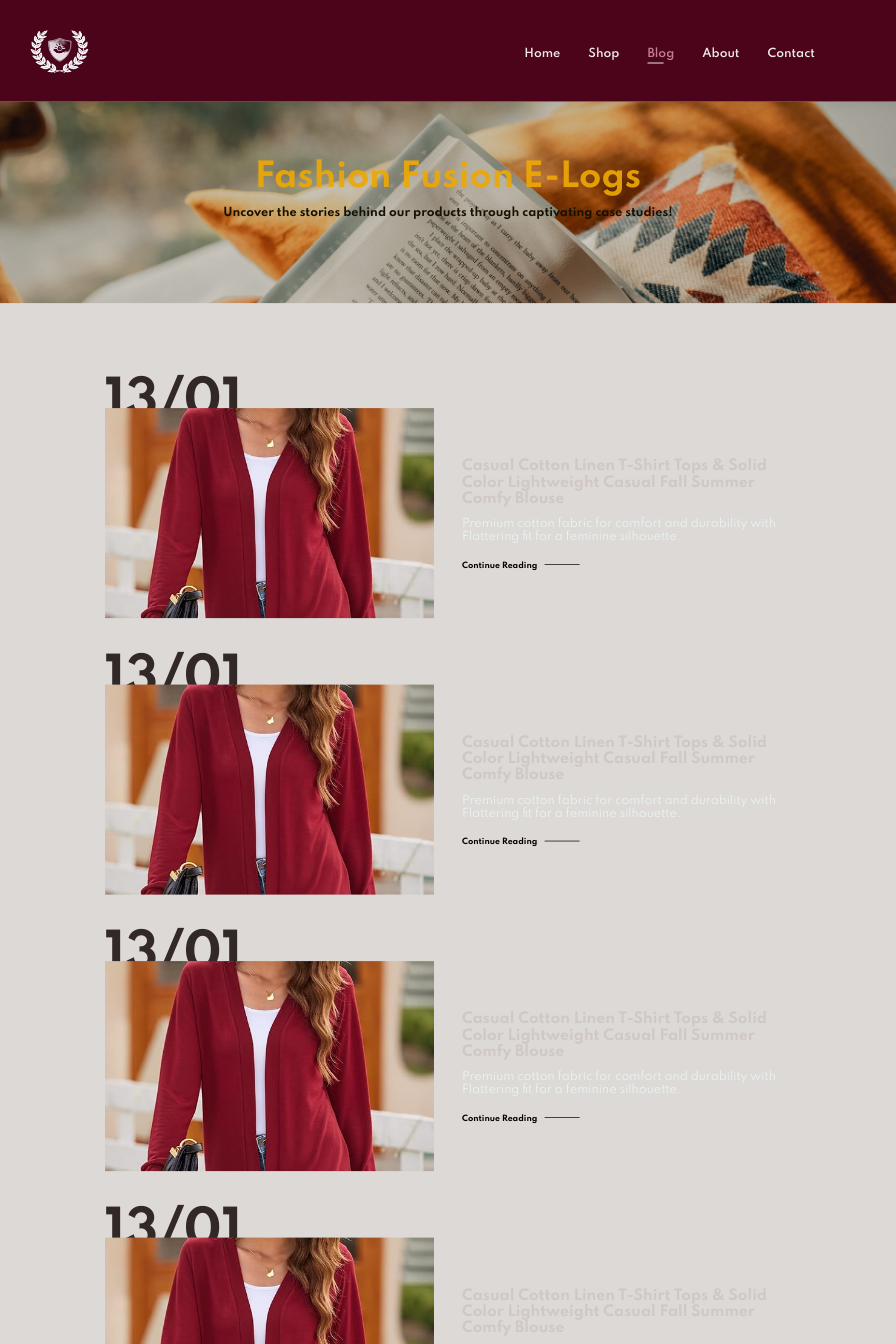
Repository: JhananiNallasamy/ECommerce-website-deployment
Page: blog.html
An editor plug-in stored every save of this project. The page is shown before and after a run of saves, followed by the edit.
The browser window is 1280 px wide. The pictures show the part of the page from y = 0 to 1920 px (the page is 3598 px tall), at 70% of full size.
Some web libraries are served in a nearby version.

Above is the page before, as saved 2024-05-05 10:23:44.

### blog.html
<!DOCTYPE html>
<html lang="en">
<head>
    <meta charset="UTF-8">
    <meta name="viewport" content="width=device-width, initial-scale=1.0">
    <title>E-COMMERCE WEBSITE</title>
    <link rel="stylesheet" href="https://pro.fontawesome.com/releases/v5.10.0/css/all.css"/>
    <link rel="stylesheet" href="style.css">
</head>

<body style="background-color: rgba(157, 149, 144, 0.353);">
    <section id="header">
        <a href="#"> <img src="img/logo.png" height="80px", width="90px" class="logo" alt="logo"> </a>

        <div>
            <ul id="navbar">
                <li><a href="index.html">Home</a></li>
                <li><a>Shop</a></li>
                <li><a class="active" href="blog.html">Blog</a></li>
                <li><a href="about.html">About</a></li>
                <li><a href="contact.html">Contact</a></li>
                <li id="lg-bag"><a href="cart.html"><i class="far fa-shopping-bag"></i></a></li>
                <a href="#" id="close"><i class="far fa-times"></i></a>
            </ul>
        </div>
        <div id="mobile">
            <a href="cart.html"><i class="far fa-shopping-bag"></i></a>
            <i id="bar" class="fas fa-outdent"></i>
        </div>
    </section>

    <!--nav bar code at top is over -->

    <section id="page-header" class="blog-header">

        <h2 style="color: #eca704ec">Fashion Fusion E-Logs</h2>
        <p style="color: #181100; font-weight: bold;">Uncover the stories behind our products through captivating case studies!</p><br>
    </section>

    <section id="blog">
        <div class="blog-box">
            <div class="blog-img">
                <img src="img/blog/f9a.png" alt="f9a in blog">
            </div>
            <div class="blog-details">
            <h4> Casual Cotton Linen T-Shirt Tops & Solid Color Lightweight Casual Fall Summer Comfy Blouse </h4>
            <p>Premium cotton fabric for comfort and durability with Flattering fit for a feminine silhouette.</p>
            <a href="#"> Continue Reading </a>
            </div>
            <h1>13/01</h1>
        </div>
        <div class="blog-box">
            <div class="blog-img">
                <img src="img/blog/f9a.png" alt="f9a in blog">
            </div>
            <div class="blog-details">
            <h4> Casual Cotton Linen T-Shirt Tops & Solid Color Lightweight Casual Fall Summer Comfy Blouse </h4>
            <p>Premium cotton fabric for comfort and durability with Flattering fit for a feminine silhouette.</p>
            <a href="#"> Continue Reading </a>
            </div>
            <h1>13/01</h1>
        </div>
        <div class="blog-box">
            <div class="blog-img">
                <img src="img/blog/f9a.png" alt="f9a in blog">
            </div>
            <div class="blog-details">
            <h4> Casual Cotton Linen T-Shirt Tops & Solid Color Lightweight Casual Fall Summer Comfy Blouse </h4>
            <p>Premium cotton fabric for comfort and durability with Flattering fit for a feminine silhouette.</p>
            <a href="#"> Continue Reading </a>
            </div>
            <h1>13/01</h1>
        </div>
        <div class="blog-box">
            <div class="blog-img">
                <img src="img/blog/f9a.png" alt="f9a in blog">
            </div>
            <div class="blog-details">
            <h4> Casual Cotton Linen T-Shirt Tops & Solid Color Lightweight Casual Fall Summer Comfy Blouse </h4>
            <p>Premium cotton fabric for comfort and durability with Flattering fit for a feminine silhouette.</p>
            <a href="#"> Continue Reading </a>
            </div>
            <h1>13/01</h1>
        </div>
        <div class="blog-box">
            <div class="blog-img">
                <img src="img/blog/f9a.png" alt="f9a in blog">
            </div>
            <div class="blog-details">
            <h4> Casual Cotton Linen T-Shirt Tops & Solid Color Lightweight Casual Fall Summer Comfy Blouse </h4>
            <p>Premium cotton fabric for comfort and durability with Flattering fit for a feminine silhouette.</p>
            <a href="#"> Continue Reading </a>
            </div>
            <h1>13/01</h1>
        </div>



    </section>
        <section id="pagination" class="section-p1">
        <a href="#">1</a>
        <a href="#">2</a>
        <a href="#"><i class="fal fa-long-arrow-alt-right"></i></a>
        </section>


    <section id="newsletter" class="section-p1 section-m1">
        <div class="newstext">
            <h4>Sign Up for Newsletters</h4>
            <p>Get E-mail updates about our latest shop and <span>special offers</span>.</p>
        </div>
        <div class="form">
            <input type="text" placeholder="Your E-mail Address">
            <button class="normal">Sign Up</button>
        </div>
    </section>

    <footer class="section-p1">
        <div class="col">
            <img class="logo" src="img/logo.png" alt="logo image">
            <h4 style="color: maroon;">Contact</h4>
            <p style="color: maroon;"><strong>Address:</strong>103 Washington Road,Street32,SanFransico</p>
            <p style="color: maroon;"><strong>Phone:</strong>(+91) 78936 41730</p>
            <p style="color: maroon;"><strong>Hours:</strong>24 hrs,Mon-Sun</p>
            <div class="follow">
                <h4 style="color: rgb(32, 2, 2);">Follow Us</h4>
                <div class="icon">
                    <i class="fab fa-facebook-f"></i>
                    <i class="fab fa-twitter"></i>
                    <i class="fab fa-instagram"></i>
                    <i class="fab fa-pinterest-p"></i>
                    <i class="fab fa-youtube"></i>
                </div>
            </div>
        </div>
        <div class="col">
            <h4 style="color: maroon;">About</h4>
            <a href="#">About Us</a>
            <a href="#">Delivery Information</a>
            <a href="#">Privacy Policy</a>
            <a href="#">Terms & Conditions</a>
            <a href="#">Contact Us</a>
        </div>
        <div class="col">
            <h4 style="color: maroon;">My Account</h4>
            <a href="#">Sign In</a>
            <a href="#">View Cart</a>
            <a href="#">My Wishlist</a>
            <a href="#">Track My Order</a>
            <a href="#">Help</a>
        </div>
        <div class="col install">
            <h4 style="color: maroon;">Install App</h4>
            <p style="color: rgb(29, 2, 2);">From App Store or Google Play</p>
            <div class="row">
                <img src="img/pay/app.jpg" alt="app img in pay folder">
                <img src="img/pay/play.jpg" alt="play img in pay folder">
            </div>
            <p style="color: rgb(30, 2, 2);">Secured Payment Gateways</p>
            <img src="img/pay/pay.png"  alt="pay img inside pay folder">
        </div>
            <div class="copyright">
                <p style="color: rgb(14, 1, 1);">© 2025, Jhanani - HTML CSS Ecommerce Template</p>
            </div>
        </footer>


    <script src="script.js"></script>

</body>
</html>

Loaded but not shown: script.js (17 lines, source omitted); style.css (858 lines, source omitted)

After the next 2 saves:
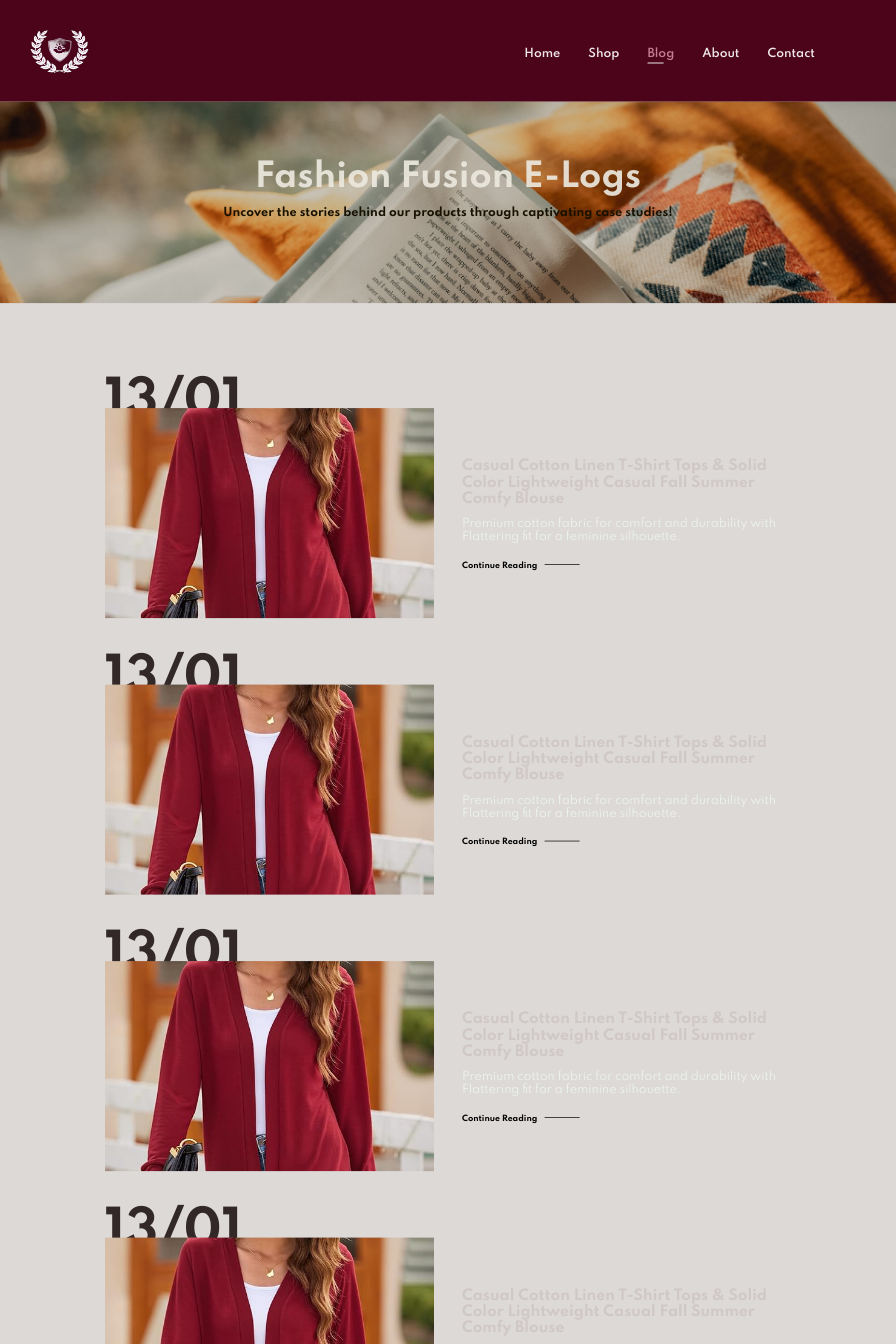
The 2 saves are shown as one change because they came seconds apart.
The last was saved 4 min 56 s later.
--- a/blog.html
+++ b/blog.html
@@ -33,7 +33,7 @@
 
     <section id="page-header" class="blog-header">
 
-        <h2 style="color: #eca704ec">Fashion Fusion E-Logs</h2>
+        <h2 style="color: #ebe7ddec">Fashion Fusion E-Logs</h2>
         <p style="color: #181100; font-weight: bold;">Uncover the stories behind our products through captivating case studies!</p><br>
     </section>
 
